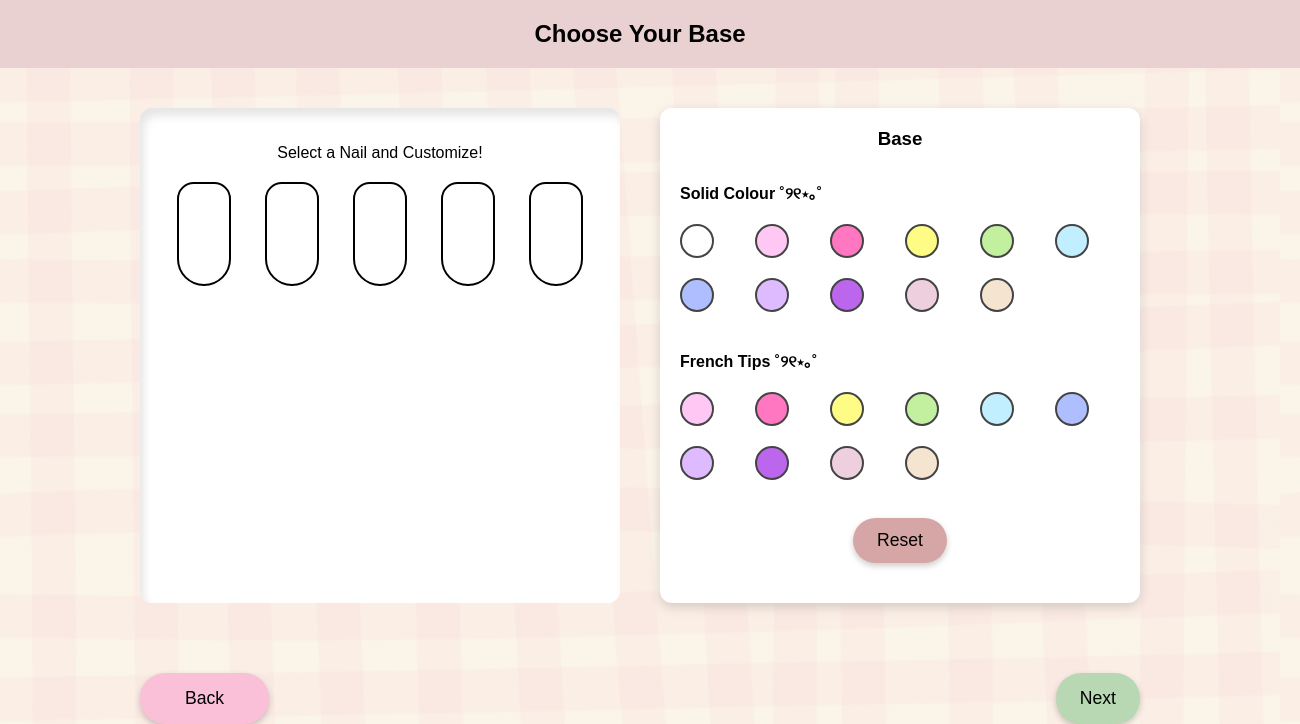
Repository: amolwalia/Fluidity-Lab
Page: base-paint.html
These files come from the project's save history. The page is drawn as it stood at one moment and after the next save; the edit follows.
The browser window is 1280 px wide. The page is 1300 px wide, so the pictures cover 1300 px, including what lies to the right of the window. The pictures show the whole page.

Above is the page before, as saved 2025-05-11 19:18:32.

After the next save:
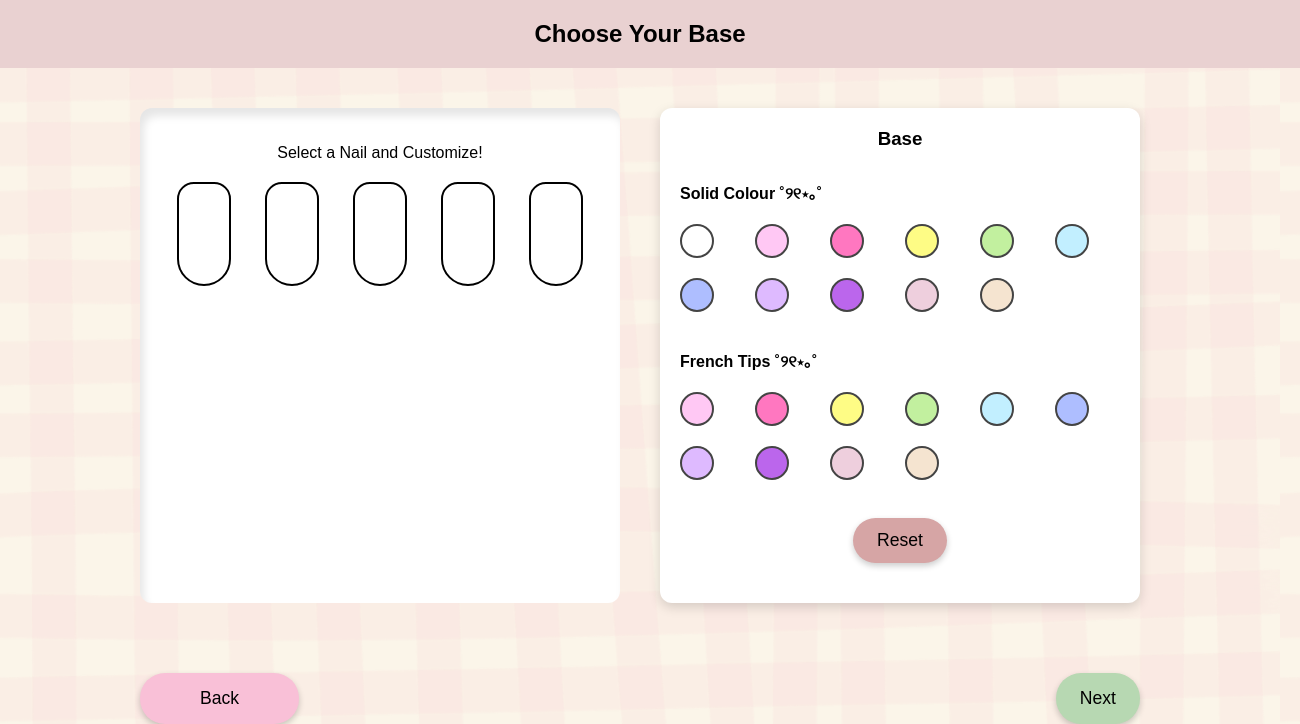
Saved 8 s later.
--- a/styles/basepaints.css
+++ b/styles/basepaints.css
@@ -134,7 +134,7 @@ strong.custom {
 }
 .btn-pink {
   background-color: #f9c0d7;
-  padding: 15px 45px;
+  padding: 15px 60px;
 }
 .btn-green {
   background-color: #b7d8b2;
